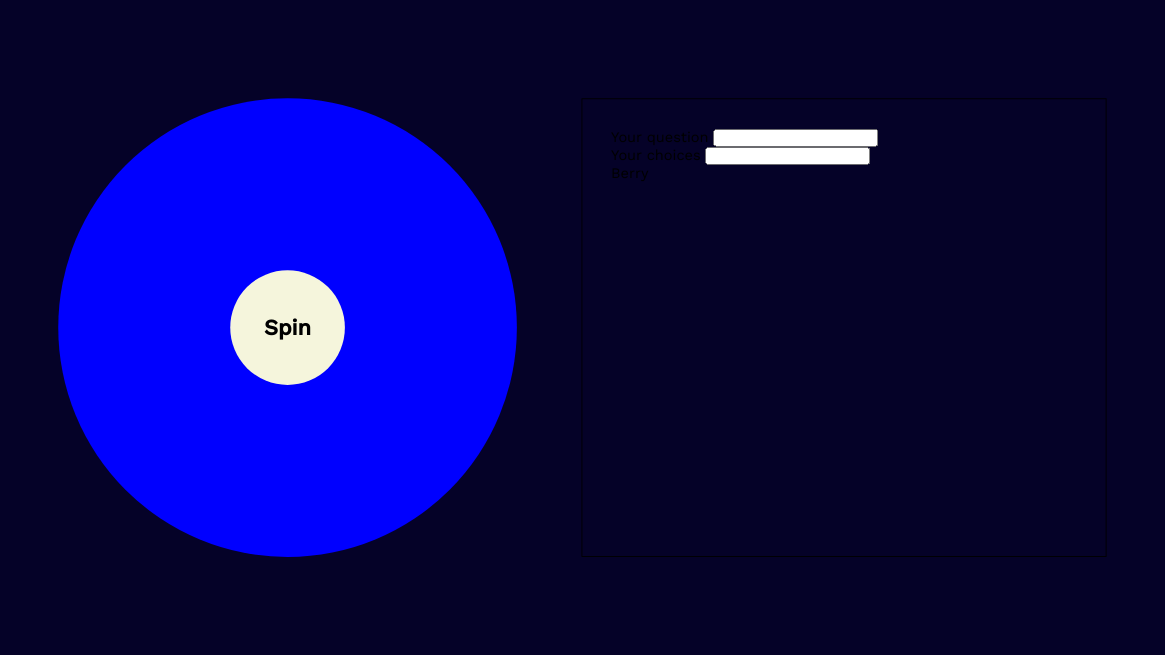
Repository: emiliaiwu/choice_wheel_spinner
Page: index.html
These files come from the project's save history. The page is drawn as it stood at one moment and after the next save; the edit follows.
The browser window is 1280 px wide. The pictures show the whole page, at 91% of full size.

Above is the page before, as saved 2023-01-09 23:35:02.

### index.html
<!DOCTYPE html>
<html lang="en">
<head>
    <meta charset="UTF-8">
    <meta http-equiv="X-UA-Compatible" content="IE=edge">
    <meta name="viewport" content="width=device-width, initial-scale=1.0">
    <link rel="stylesheet" href="style.css">
    <title>Choice Picker</title>
</head>
<body>
    <div class="container">
        <div class="choice_picker_container">
            <div class="choice_picker">
                <div class="circle">
                    <div class="spin">
                        <h2>Spin</h2>
                    </div>
                </div>
            </div>
            <div class="choice_details">
                <div class="question">
                    <label for="question">Your question</label>
                    <input type="text" name="question" id="question">
                </div>
                <div class="make_choices">
                    <label for="choices">Your choices</label>
                    <input type="text" name="choices" id="choices">
                </div>
                <div class="listed_choices">
                    <span class="choice">Berry</span>
                </div>
            </div>
        </div>
        <div class="picked_choice">

        </div>
    </div>
</body>
</html>

### style.css
@import url('https://fonts.googleapis.com/css2?family=Work+Sans:ital,wght@0,400;0,500;1,700&display=swap');

* {
    padding: 0;
    margin: 0;
    box-sizing: border-box;
}


body {
    background-color: rgb(5, 2, 40);
    font-family: 'Work Sans', sans-serif;
    max-width: 100vw;
    min-height: 100vh;
    display: flex;
    align-items: center;
    justify-content: center;
}

.container {
    padding: 5%;
}

.container,
.choice_picker {
    width: 100%;
    height: 100%;
}

.choice_picker_container {
    display: flex;
    align-items: flex-start;
    justify-content: space-between;
    gap: 2rem;
}

.circle {
    width: 70vmin;
    height: 70vmin;
    background-color: blue;
    border-radius: 50%;
    position: relative;
}

.spin {
    width: 25%;
    height: 25%;
    background-color: beige;
    position: absolute;
    border-radius: 50%;
    top: 50%;
    left: 50%;
    transform: translate(-50%, -50%);
    display: flex;
    align-items: center;
    justify-content: center;
}


.choice_details {
    border: 1px solid;
    padding: 2rem;
    height: 70vmin;
    width: 100%;
}

After the next save:
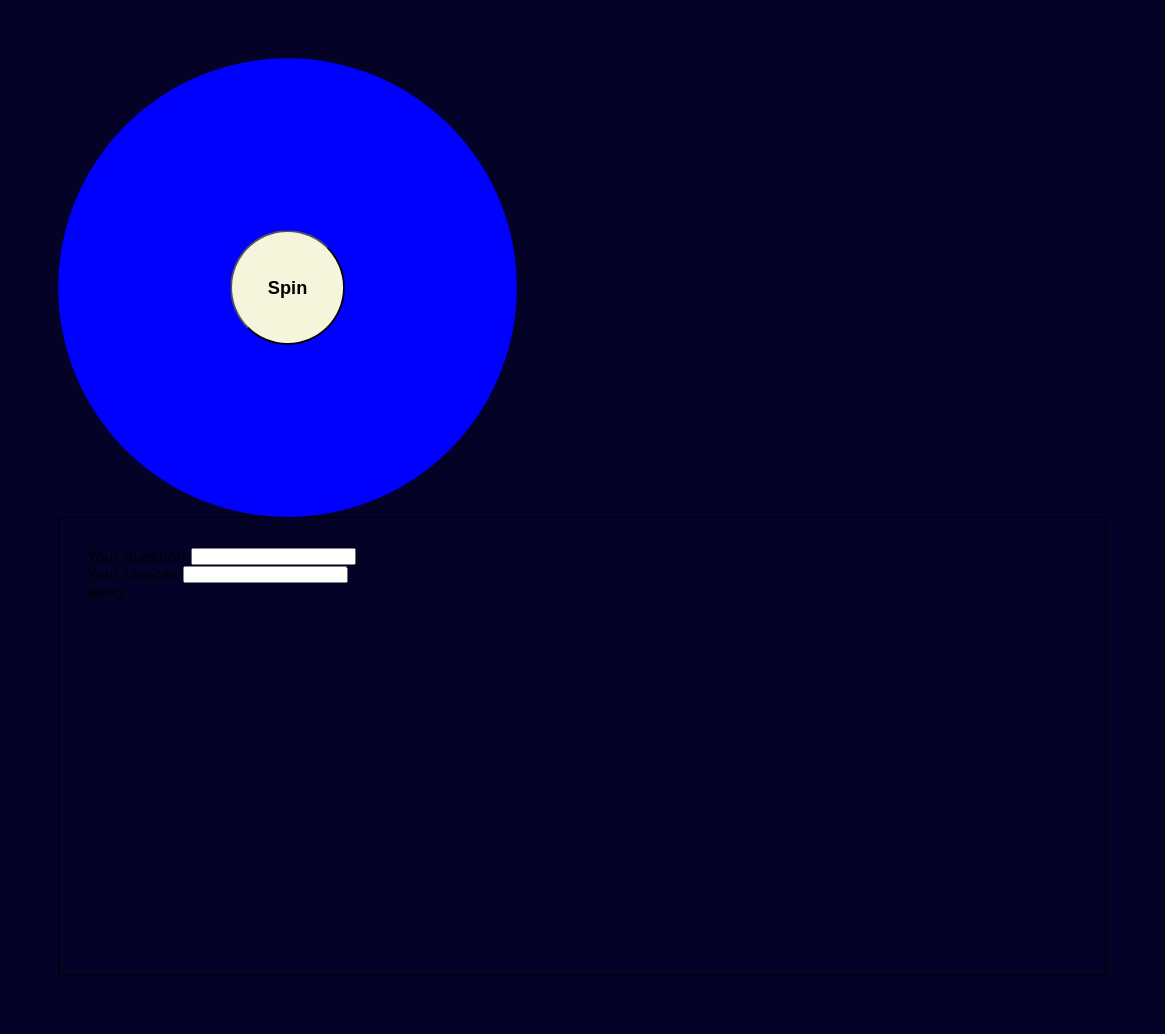
Saved 20 s later.
--- a/index.html
+++ b/index.html
@@ -12,7 +12,7 @@
         <div class="choice_picker_container">
             <div class="choice_picker">
                 <div class="circle">
-                    <div class="spin">
+                    <button class="spin">
                         <h2>Spin</h2>
                     </div>
                 </div>

After the 2 saves that followed:
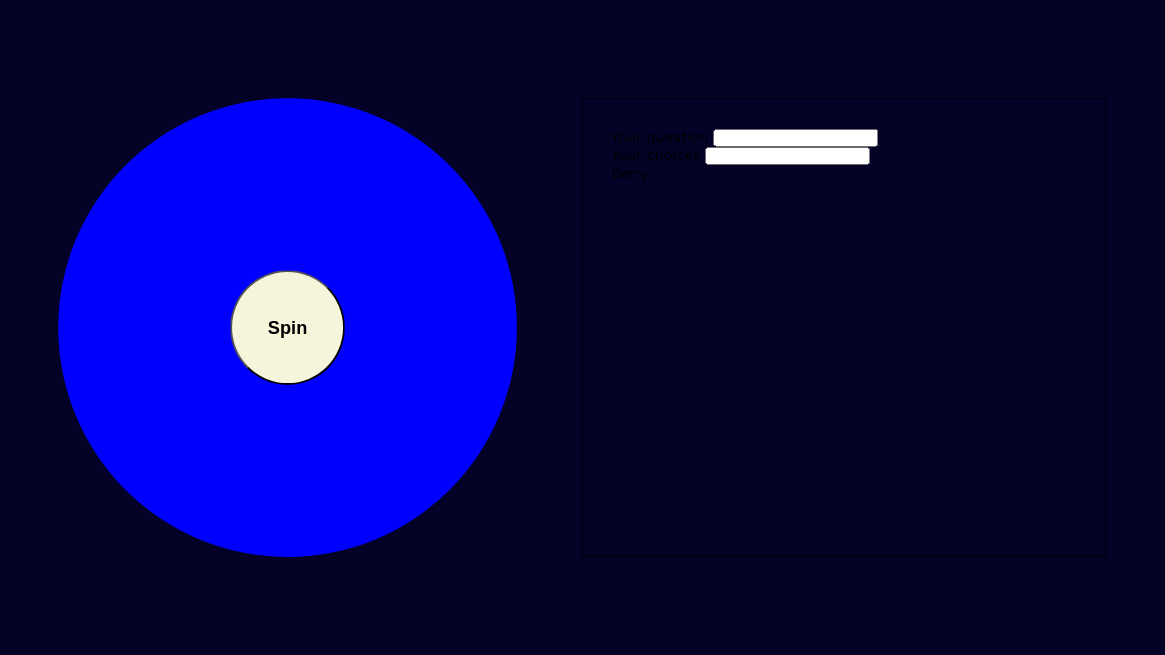
The 2 saves are shown as one change because they came seconds apart.
The last was saved 9 s later.
--- a/index.html
+++ b/index.html
@@ -14,7 +14,7 @@
                 <div class="circle">
                     <button class="spin">
                         <h2>Spin</h2>
-                    </div>
+                    </button>
                 </div>
             </div>
             <div class="choice_details">
